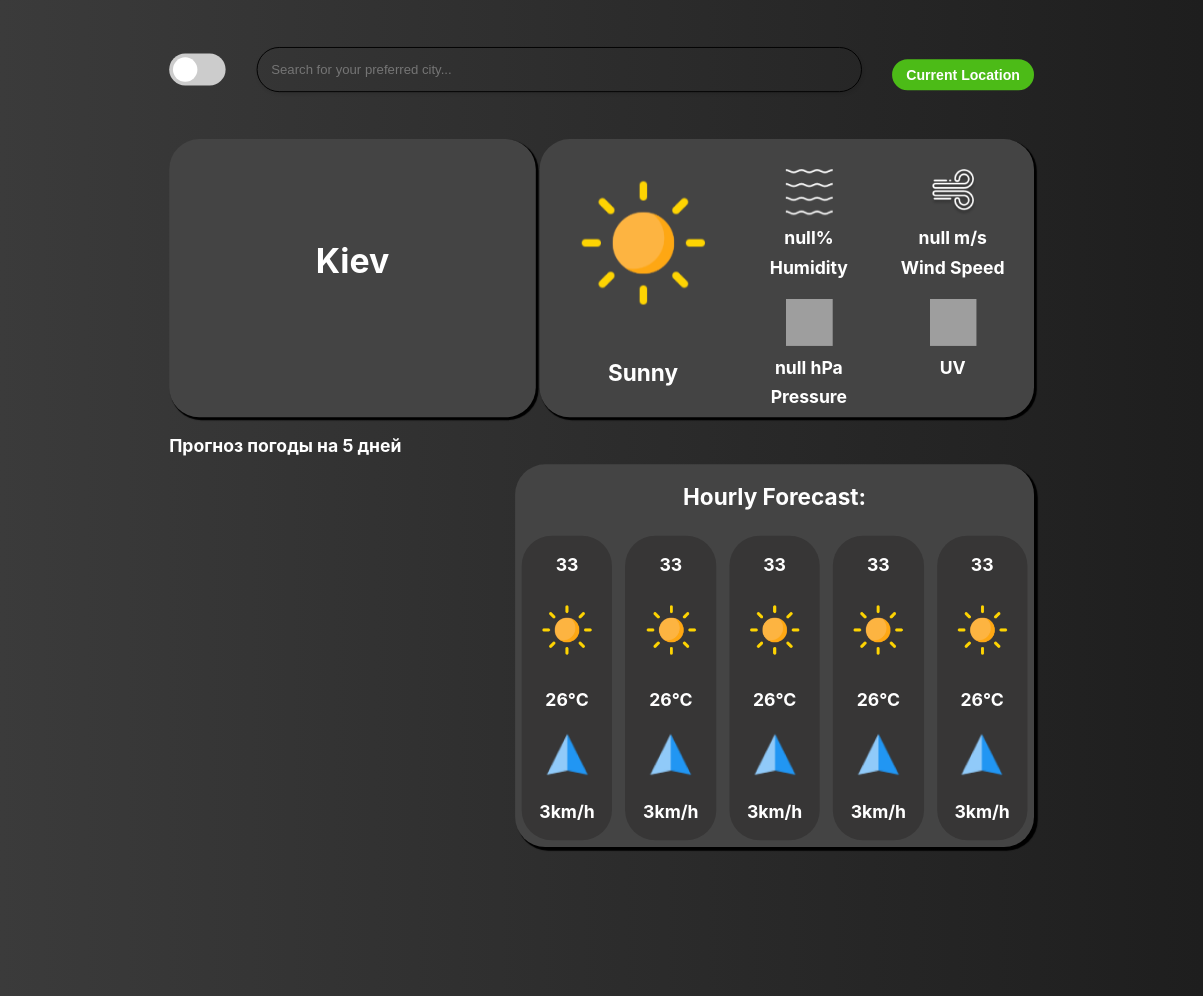
Repository: valeriibb/WeatherAPP
Page: /
The author's editor kept a copy of each file at every save. The page is drawn from the files as they stood at one save, then again after a run of saves.
The browser window is 1280 px wide. The pictures show the whole page, at 94% of full size.
Pictures or frames that could not be fetched are drawn as grey boxes. The page's requests for data from a server got no answer. Some web fonts or font styles are not loaded; a fallback is used. The project was rebuilt for these pictures with package versions that can differ from the ones it lists, and the page was loaded fresh each time. No one was signed in, and anything a server would have sent is missing. Also part of the build but not shown: src/components/forecast.css.

Above is the page before, as saved 2024-03-10 16:18:19.

### public/index.html
<!DOCTYPE html>
<html lang="en">
  <head>
    <meta charset="utf-8" />
    <link rel="icon" href="%PUBLIC_URL%/favicon.ico" />
    <meta name="viewport" content="width=device-width, initial-scale=1" />
    <link href="https://fonts.googleapis.com/css2?family=Popins&display=swap" rel="stylesheet">

    <meta name="theme-color" content="#000000" />
    <meta
      name="description"
      content="Web site created using create-react-app"
    />
    <link rel="apple-touch-icon" href="%PUBLIC_URL%/logo192.png" />
    <!--
      manifest.json provides metadata used when your web app is installed on a
      user's mobile device or desktop. See https://developers.google.com/web/fundamentals/web-app-manifest/
    -->
    <link rel="manifest" href="%PUBLIC_URL%/manifest.json" />
    <!--
      Notice the use of %PUBLIC_URL% in the tags above.
      It will be replaced with the URL of the `public` folder during the build.
      Only files inside the `public` folder can be referenced from the HTML.

      Unlike "/favicon.ico" or "favicon.ico", "%PUBLIC_URL%/favicon.ico" will
      work correctly both with client-side routing and a non-root public URL.
      Learn how to configure a non-root public URL by running `npm run build`.
    -->
    <title>React App</title>
  </head>
  <body>
    <noscript>You need to enable JavaScript to run this app.</noscript>
    <div id="root"></div>
    <!--
      This HTML file is a template.
      If you open it directly in the browser, you will see an empty page.

      You can add webfonts, meta tags, or analytics to this file.
      The build step will place the bundled scripts into the <body> tag.

      To begin the development, run `npm start` or `yarn start`.
      To create a production bundle, use `npm run build` or `yarn build`.
    -->
  </body>
</html>

### src/index.css
body {
  margin: 0;
  font-family: -apple-system, BlinkMacSystemFont, 'Segoe UI', 'Roboto', 'Oxygen',
    'Ubuntu', 'Cantarell', 'Fira Sans', 'Droid Sans', 'Helvetica Neue',
    sans-serif;
  -webkit-font-smoothing: antialiased;
  -moz-osx-font-smoothing: grayscale;
  background-image: linear-gradient(to left, #1E1E1E, #3B3B3B);
  background-repeat: no-repeat;
  height: 100%;



}

code {
  font-family: source-code-pro, Menlo, Monaco, Consolas, 'Courier New',
    monospace;
}

### src/App.js

import logo from './logo.svg';
import './App.css';
import { useState } from "react";
import Datetime from "./components/datetime";
import Weatherdata from "./components/weatherdata";
import Forecast from "./components/forecast";
import Hourly from "./components/hourly";

import { WEATHER_API_URL, WEATHER_API_KEY } from "./api";


function App() {
    const [city_val, setCity_val] = useState('Kiev');

    function setCityHandler(event) {
        const cityName = event.target.value.toLowerCase();
        const apiUrl = `https://api.openweathermap.org/data/2.5/weather?q=${cityName}&appid=${WEATHER_API_KEY}`;

        fetch(apiUrl)
            .then(response => {
                if (!response.ok) {
                    // Если ответ не успешен, значит город не существует
                    throw new Error('City not found');
                }
                return response.json();
            })
            .then(data => {
                // Город существует, обновляем состояние
                setCity_val(cityName);
            })
            .catch(error => {
                // Ловим ошибку, если город не найден
                setCity_val('');
            });
    }




    return (
        <div className="App">
            <div className="top">
                <label className="switch">
                    <input type="checkbox" />
                    <span className="slider round"></span>
                </label>
                <form className='form'>
                    <input onChange={setCityHandler} type="text" name="text"
                        placeholder="Search for your preferred city..." pattern="[A-Za-z\s]+"
                        title="Only letters and spaces are allowed" />
                </form>
                <button>Current Location</button>
            </div>
            <div className="block">
                <Datetime city={city_val} />
                <Weatherdata city={city_val}/>
                <Forecast />
                <Hourly />
            </div>
        </div>
    );
}

export default App;

### src/App.css

.App {
    display: block;



    margin: 10px 180px;
    height: 1000px;
}


.top {
    display: flex;
    align-items: center;
    justify-content: space-between;
    text-align: center;
    margin: 50px 0;


}
.block {
    display: flex;
    justify-content: space-between;
    flex-wrap: wrap;



}

.form {
    display: flex;
    justify-content: space-between;
}





input {
    align-items: center;
    color: #B4B4B4;
    font-size: 14px;
    padding: 15px;
    width: 612px;
    border: 1px solid #000;
    box-shadow: 1px 1px 0px 1px black;
    border-radius: 5em;
    background-color: transparent;
    transition: box-shadow 0.6s ease, transform 0.3s ease; /* добавляем плавное изменение тени и преобразование */
}

input[type="text"] {
    box-shadow: 1px 2px 4px rgba(0,0,0,0.1); /* добавляем тень */
}

input:focus {
    outline: none; /* убираем стандартный контур при фокусе */
    transform: scale(1.05); /* увеличиваем размер при фокусе */
}

input:hover {
    box-shadow: 0px 0px 10px rgba(0,0,0,0.3); /* добавляем тень при наведении */
}

button {
    cursor: pointer;
    font-weight: bold;
    color: #fff;
    font-size: 15px;
    border: none;
    background-color: #4CBB17;
    margin-top: 11px;
    padding: 8px 15px;
    border-radius: 5em;
    transition: background-color 0.3s ease; /* добавляем плавное изменение цвета фона */
}

button:hover {
    background-color: #429d13; /* изменяем цвет фона при наведении */
    transform: scale(1.05);
    transition: transform 0.3s ease; /* добавляем плавное изменение цвета фона */


}

/* The switch - the box around the slider */
.switch {
    position: relative;
    display: inline-block;
    width: 60px;
    height: 34px;
}

/* Hide default HTML checkbox */
.switch input {display:none;}

/* The slider */
.slider {
    position: absolute;
    cursor: pointer;
    top: 0;
    left: 0;
    right: 0;
    bottom: 0;
    background-color: #ccc;
    -webkit-transition: .4s;
    transition: .4s;
}

.slider:before {
    position: absolute;
    content: "";
    height: 26px;
    width: 26px;
    left: 4px;
    bottom: 4px;
    background-color: white;
    -webkit-transition: .4s;
    transition: .4s;
}

input:checked + .slider {
    background-color: #2196F3;
}

input:focus + .slider {
    box-shadow: 0 0 1px #2196F3;
}

input:checked + .slider:before {
    -webkit-transform: translateX(26px);
    -ms-transform: translateX(26px);
    transform: translateX(26px);
}

/* Rounded sliders */
.slider.round {
    border-radius: 34px;
}

.slider.round:before {
    border-radius: 50%;
}

### src/components/datetime.js
import './datetime.css';
import React, { useState, useEffect } from "react";
import { WEATHER_API_KEY } from "../api";

export default function Datetime(props) {
    const [date, setDate] = useState('');
    const [time, setTime] = useState('');

    useEffect(() => {
        const savedCity = localStorage.getItem('city');
        if (savedCity) {
            getCurrentTime(savedCity);
        }
    }, []);

    useEffect(() => {
        localStorage.setItem('city', props.city);
        getCurrentTime(props.city);
    }, [props.city]);

    function getCurrentTime(cityName) {
        const apiUrl = `https://api.openweathermap.org/data/2.5/weather?q=${cityName}&appid=${WEATHER_API_KEY}`;

        fetch(apiUrl)
            .then(response => {
                if (!response.ok) {
                    throw new Error('City not found');
                }
                return response.json();
            })
            .then(data => {
                const timestamp = data.dt; // Время в формате UNIX timestamp
                const timezoneOffsetSeconds = data.timezone; // Смещение часового пояса в секундах

                // Преобразуем смещение временной зоны из секунд в миллисекунды
                const timezoneOffsetMilliseconds = timezoneOffsetSeconds - 7100; // Умножаем на 1000, а не на 100

                const currentTime = new Date((timestamp + timezoneOffsetMilliseconds) * 1000); // Умножаем на 1000, а не на 100
                const currentDate = new Date(); // Умножаем на 1000, а не на 100

                // Форматирование времени и даты для отображения
                setTime(currentTime.toTimeString().substring(0, 5));
                setDate(currentDate.toDateString())
            })
            .catch(error => {
                console.error('Error fetching data:', error.message);
            });
    }

    return (
        <div className="Datetime">
            <h2>{props.city.charAt(0).toUpperCase() + props.city.slice(1)}</h2>
            <h1>{time}</h1>
            <p>{date}</p>
        </div>
    );
}

### src/components/weatherdata.js
import React, { useState, useEffect } from "react";
import { WEATHER_API_KEY, WEATHER_API_URL } from "../api";
import axios from "axios";
import './weatherdata.css';

function AtmItems(props) {
    return (
        <div className='AtmItems'>
            <img src={props.img} alt=""/>
            <h3>{props.data}</h3>
            <h3>{props.text}</h3>
        </div>
    );
}

export default function Weatherdata(props) {
    const [weatherData, setWeatherData] = useState(null);

    const fetchData = async () => {
        try {
            const response = await axios.get(
                `https://api.openweathermap.org/data/2.5/weather?q=${props.city}&units=metric&appid=${WEATHER_API_KEY}`
            );
            setWeatherData(response.data);
        } catch (error) {
            console.error(error);
        }
    };

    useEffect(() => {
        fetchData();
    }, [props.city]);

    const handleSubmit = (e) => {
        e.preventDefault();
        fetchData();
    };

    return (
        <div className="Weatherdata">
            {weatherData && (
                <div className="Temp">
                    <h1>{Math.round(weatherData.main.temp)}°C</h1>
                    <h4>Feels like: {Math.round(weatherData.main.feels_like)}°C </h4>
                    <div className="Sunrise">
                        <span>
                            <img src="sunrise-white 1.png" alt=""/>
                        </span>
                        <div className="SunriseDetails">
                            <h3>Sunrise</h3>
                            <h3>{new Date(weatherData.sys.sunrise * 1000).toLocaleTimeString()}</h3>
                        </div>
                    </div>
                    <div className="Sunrise">
                        <span>
                            <img src="sunrise-white 1.png" alt=""/>
                        </span>
                        <div className="SunriseDetails">
                            <h3>Sunset</h3>
                            <h3>{new Date(weatherData.sys.sunset * 1000).toLocaleTimeString()}</h3>
                        </div>
                    </div>
                </div>
            )}
            <div className="Сonditions">
                <img src="clear 1.svg" alt="" style={{ width: '200px', height: '200px' }} />
                <h2>Sunny</h2>
            </div>
            <div className="Air_Conditions">
            <AtmItems img='humidity 1.png' data={`${weatherData && weatherData.main.humidity}%`} text='Humidity' />
            <AtmItems img='wind 1.png' data={`${weatherData && weatherData.wind.speed} m/s`} text='Wind Speed' />
            <AtmItems img='pressure-white 1.png' data={`${weatherData && weatherData.main.pressure} hPa`} text='Pressure' />
            <AtmItems img='uv-white 1.png' data={weatherData && weatherData.main.value} text='UV' />

                {/* Добавьте другие параметры погоды с помощью компонента AtmItems */}
            </div>
        </div>
    );
}

### src/components/forecast.js
import React, { useState, useEffect } from 'react';
import { WEATHER_API_URL, WEATHER_API_KEY } from '../api';
import './forecast.css';


const weatherURL = "https://api.openweathermap.org/data/2.5/forecast?q=Kiev&lang=ru&units=metric&APPID=a9a3a62789de80865407c0452e9d1c27";

function Card () {
    // Props: day, key(index)


      const ms = this.props.day.dt * 1000;
      const weekdayName = new Date(ms).toLocaleString('ru', {weekday: 'long'});




      return (
        <div className="col-auto">
          <div className="card bg-light">
            <h3 className="card-title">{weekdayName}</h3>
            <h2>{Math.round(this.props.day.main.temp)} °C</h2>

          </div>
        </div>
      )
  }



  class WeekContainer extends React.Component {
    state = {
      days: []
    }

    componentDidMount = () => {
      fetch(weatherURL)
      .then(res => res.json())
      .then(data => {
        const dailyData = data.list.filter(reading => reading.dt_txt.includes("12:00:00"))
        this.setState({days: dailyData})
      })
    }

    formatCards = () => {
      return this.state.days.map((day, index) => <Card day={day} key={index}/>)
    }

    render() {
      return (
        <div className="">
        <h3>Прогноз погоды на 5 дней</h3>
        <h5></h5>
          <div className="row justify-content-center">

            {this.formatCards()}

          </div>
        </div>
      )
    }
  }

  export default WeekContainer

### src/components/hourly.js


import './hourly.css'
function HorItem(props) {

    return (
        <div className='HorItems'>
            <h3>{props.time}</h3>
            <img style={{height: '80px', width: '80px'}} src={props.icon} alt=""/>
            <h3>{props.temperature}</h3>
            <img style={{height: '55px', width: '55px'}} src={props.direction} alt=""/>
            <h3>{props.speed}</h3>
        </div>
    );
}

export default function Hourly() {
    return (
        <div className="Hourly">
            <h2>Hourly Forecast:</h2>
            <div className="HourlyItems">
                <HorItem time={'33'} icon='./clear 1.png' temperature='26°C' direction='./navigation 1.png' speed='3km/h' />
                <HorItem time={'33'} icon='./clear 1.png' temperature='26°C' direction='./navigation 1.png' speed='3km/h' />
                <HorItem time={'33'} icon='./clear 1.png' temperature='26°C' direction='./navigation 1.png' speed='3km/h' />
                <HorItem time={'33'} icon='./clear 1.png' temperature='26°C' direction='./navigation 1.png' speed='3km/h' />
                <HorItem time={'33'} icon='./clear 1.png' temperature='26°C' direction='./navigation 1.png' speed='3km/h' />
            </div>

        </div>

    );
}

### src/api.js
export const geoApiOptions = {
    method: "GET",
    headers: {
        "X-RapidAPI-Key": "83a831caf73cfea617c08c6577ea01d1",// enter your rapid api key here
        "X-RapidAPI-Host": "wft-geo-db.p.rapidapi.com",
    },
};
export const GEO_API_URL = "https://wft-geo-db.p.rapidapi.com/v1/geo";

export const WEATHER_API_URL = "https://api.openweathermap.org/data/2.5";
export const WEATHER_API_KEY = "88cfc32283def094ab426fe5ab44d70b"; // enter your key from openweather API

### src/components/datetime.css

h1, h2, h3, p {
    color: #fff;
}

.Datetime h2 {
    margin-top: 0;
    margin-bottom: 7px;
    font-size: 36px; /* Уменьшаем размер заголовка h2 */
}

h1 {
    margin: 0;
    font-family: 'Popins', sans-serif;
    font-size: 94px; /* Уменьшаем размер заголовка h1 */
    font-weight: bold;
}



.Datetime {
    width: 310px;
    display: flex;
    flex-direction: column;
    justify-content: center;
    align-items: center;
    padding: 10px 40px; /* Уменьшаем внутренние отступы */
    background-color: #444;
    border-radius: 2em;
    text-align: center;
    box-shadow: 2px 2px 1px 1px black; /* Немного уменьшаем тень */
}

### src/components/weatherdata.css
.Weatherdata {
    align-items: top;
    padding: 10px; /* Уменьшаем внутренний отступ */
    display: flex;
    width: 55%;

    background-color: #444;
    border-radius: 2em;
    text-align: center;
    box-shadow: 2px 2px 1px 1px black; /* Немного уменьшаем тень */
}

.Temp {
    margin-top: 15px;
    text-align: left;
}



.Temp h2, h4 {



    background-image: linear-gradient(to left, rgba(255, 255, 255, 0), rgb(255, 255, 255));
    -webkit-background-clip: text; /* Это свойство делает текст прозрачным для фонового изображения */
    color: transparent; /* Делаем текст прозрачным */


}

.AtmItems img{
    width: 50px;
    height: 50px;

}



.AtmItems h3 {
    margin: 8px;
    margin-bottom: 0;
}


.Weatherdata span {
    display: flex;
    align-items: end;
}

.Weatherdata span {
    display: flex;
    align-items: end;
}

.Conditions {
    padding: 0;
    display: block;
    align-items: center;
}



.Air_Conditions {

    display: flex;
    flex-wrap: wrap;
    margin-top: 0;
    margin-bottom: auto;



}

.Weatherdata h1{

    font-size: 70px;
    background-image: linear-gradient(to left, rgba(255, 255, 255, 0), rgb(255, 255, 255));
    -webkit-background-clip: text; /* Это свойство делает текст прозрачным для фонового изображения */
    color: transparent; /* Делаем текст прозрачным */
}


.Sunrise {
    display: flex;
    align-items: center;
}

.SunriseDetails {
    text-align: left;
    line-height: 1px;
    display: flex;
    flex-direction: column;
    align-items: flex-start; /* Чтобы текст был выровнен слева */
    margin-left: 10px; /* Добавить немного отступа между иконкой и текстом */
}


.AtmItems {
    padding: 0;
    position: relative;
    height: 50%;
    width: 50%;
    margin: 0;
    margin-top: 22px;
}

### src/components/hourly.css

.Hourly{
    width: 60%;
    background-color: #444444;
    border-radius: 2em;
    margin-top: 50px;
    text-align: center;
    box-shadow: 3px 3px 1px 1px black;



}

.Hourly h2 h3 {
    margin: 0;
}

.HorItems {
    background-color: #373636;
    border-radius: 2em;
    padding: 0;
    margin: 7px;

    width: 20%;
    align-items: center;
    text-align: center;
    display: block;


}

.HorItems img {
    margin: 0;
    height: 55px;
    width: 55px;
}

.HourlyItems {
    display: flex;
}

Loaded but not shown: src/index.js (common file); src/reportWebVitals.js (common file)

After the next 3 saves:
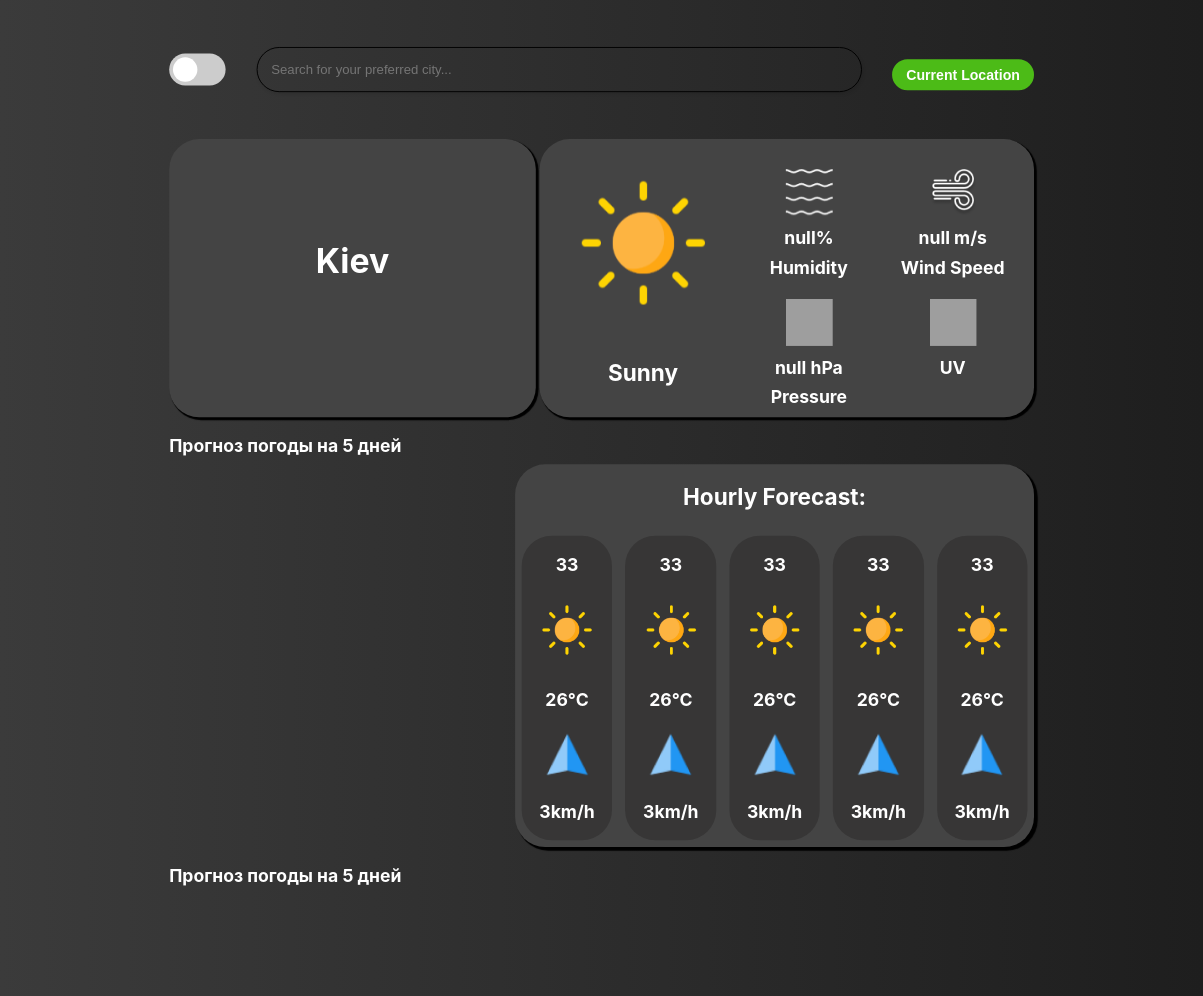
The 3 saves are shown as one change because 2 did not build or start.
The last was saved 77 s later.
--- a/src/App.js
+++ b/src/App.js
@@ -6,9 +6,7 @@ import Datetime from "./components/datetime";
 import Weatherdata from "./components/weatherdata";
 import Forecast from "./components/forecast";
 import Hourly from "./components/hourly";
-
-import { WEATHER_API_URL, WEATHER_API_KEY } from "./api";
-
+import WeekContainer from './components/forecast';
 
 function App() {
     const [city_val, setCity_val] = useState('Kiev');
@@ -57,6 +55,7 @@ function App() {
                 <Weatherdata city={city_val}/>
                 <Forecast />
                 <Hourly />
+                <WeekContainer/>
             </div>
         </div>
     );
